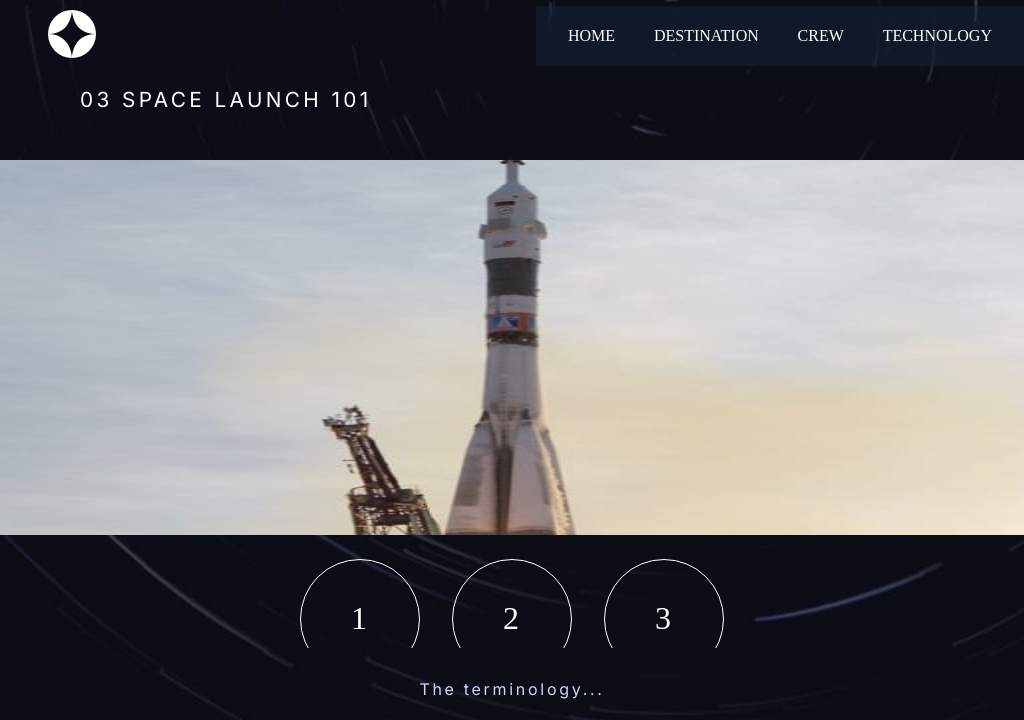
Repository: nilesjamex/space
Page: /Technology
An editor plug-in stored every save of this project. The page is shown before and after the next save, followed by the edit.
The browser window is 1024 px wide. The pictures show the whole page.
Some web fonts or font styles are not loaded; a fallback is used. The project was rebuilt for these pictures with package versions that can differ from the ones it lists, and the page was loaded fresh each time. The framework's server and built-in components were replaced by stand-ins that run in the browser. Also part of the build but not shown: next.config.js.

Above is the page before, as saved 2022-01-09 00:16:36.

### pages/_document.js
import Document, { Html, Head, Main, NextScript } from 'next/document'

class MyDocument extends Document {
  render() {
    return (
      <Html>
        <Head>
          <link rel="preconnect" href="https://fonts.googleapis.com" />
<link rel="preconnect" href="https://fonts.gstatic.com" crossOrigin />
<link href="https://fonts.googleapis.com/css2?family=Bellefair&display=swap" rel="stylesheet" />
        <link rel="preconnect" href="https://fonts.googleapis.com" />
<link rel="preconnect" href="https://fonts.gstatic.com" crossOrigin />
<link href="https://fonts.googleapis.com/css2?family=Barlow+Condensed:ital,wght@0,100;0,300;0,400;1,100&family=Inter&display=swap" rel="stylesheet" />
        </Head>
        <body>
          <Main />
          <NextScript />
        </body>
      </Html>
    )
  }
}

export default MyDocument

### pages/Technology.js
import React from 'react'
import Home from '../Components/Technology/Home/home';



const Technology = () => {
    return (
        <div>
            <Home />
        </div>
    )
}

export default Technology

### styles/globals.css
a {
  color: inherit;
  text-decoration: none;
}

*{
  margin: 0;
  padding: 0;
  box-sizing: border-box;
  max-width: 100%;
  max-height: 100vh;
  overflow-y: hidden;
}

li {
  list-style: none;
  cursor: pointer;
}

### Components/Technology/Home/home.js
import React from 'react';
import styles from './home.module.css'
import Nav from './../../../Layout/Nav';
import { Image } from 'next/image';
import Tech from './../Tech1/Tech';

export const Home = () => {
    return (
        <div className={styles.home}>
        <div>
         <Nav/>
        </div>
        <div>
        <div>
           <h3 className={styles.hometext}> 03 Space launch 101</h3>
        </div>
        </div>
        <div>
        <Tech />
        </div>
        </div>
    )
}
export default Home

### Components/Technology/Home/home.module.css
.home {
    background: url("../../../public/assets/technology/background-technology-desktop.jpg");
    background-size: cover;
    height: 100vh;
}
.hometext {
    font-family: 'Barlow Condensed', sans-serif;
    font-family: 'Inter', sans-serif;
    font-style: normal;
    font-weight: normal;
    font-size: 28px;
    line-height: 34px;letter-spacing: 4.725px;
    text-transform: uppercase;
    color: #FFFFFF;
    margin: 5rem 0 1rem 10rem;
}

@media screen and (max-width: 1024px) {
    .home {
        background: url("../../../public/assets/technology/background-technology-tablet.jpg");
        background-size: cover;
        height: 100vh;
    }
    .hometext {
        font-size: 1.3rem;
        line-height: 24px;
        /*  identical to box height */
        letter-spacing: 3.375px;
        margin: 1rem 0 1rem 5rem;
    }
}

### Layout/Nav.js
import React, {useState} from 'react';
import styles from './nav.module.css';
import Link from 'next/link';

const Nav = ({children}) => {
  const [active, setActive] = useState(false);

  const onClick = (e) => {
    setActive(!active);
  };
    return (
       <div className={styles.navBody}>
        <nav className={styles.nav}>
         <div>
            <svg width="48" height="48" viewBox="0 0 48 48" fill="none" xmlns="http://www.w3.org/2000/svg">
<circle cx="24" cy="24" r="24" fill="white"/>
<path fillRule="evenodd" clipRule="evenodd" d="M24 0C24 0 24 24 0 24C23.5776 24.1714 24 48 24 48C24 48 24 24 48 24C24 24 24 0 24 0Z" fill="#0B0D17" />
</svg>
  </div>

<ul className={`${styles.ul} ${active ? styles.activenav : ""}` } >
<li className={styles.li}><Link href="/"> HOME </Link></li>
<li className={styles.li}><Link href="/Destinations">DESTINATION </Link></li>
<li className={styles.li}><Link href="/Crew">CREW</Link></li>
<li className={styles.li}><Link href="/Technology">TECHNOLOGY</Link></li>
</ul>
<div className={`${styles.toggle} ${active ? styles.toggleanime : ""}`}
          onClick={onClick}
        >
          <div className={`${styles.toggleline} ${styles.line1}`}></div>
          <div className={`${styles.toggleline} ${styles.line2}`}></div>
          <div className={`${styles.toggleline} ${styles.line3}`}></div>
        </div>
        </nav>
      <div className={styles.mainBody}> {children} </div>
</div>
    )
}

export default Nav

### Components/Technology/Tech1/Tech.js
import React, {useState} from 'react'
import Image from 'next/image';
import styles from './Tech.module.css';
import Vehicle from '../../../public/assets//technology/image-launch-vehicle-landscape.jpg';
import Vehicle2 from '../../../public/assets//technology/image-launch-vehicle-portrait.jpg';
import Spaceport from '../../../public/assets//technology/image-spaceport-landscape.jpg';
import Capsule from '../../../public/assets//technology/image-space-capsule-landscape.jpg';
const Tech = () => {
    const [steps, setSteps] = useState(1);

    const next = (e) => {
        e.preventDefault();
        setSteps(steps + 1);
    }
    const prev = (e) => {
        e.preventDefault();
        setSteps(steps - 1);
    };

    switch (steps) {
        case 1:
            return (
        <div className={styles.techhome}>
           <div className={styles.TechNumbers}>
           <ul className={styles.numbers}>
           <li className={styles.number}>1</li>
           <li onClick={next} className={styles.number}>2</li>
           <li  onClick={(e) => {
      setSteps(steps+2)}} className={styles.number}>3</li>
           </ul>
           </div>
           <div className={styles.techtext}>
           <p className={styles.techtexthead}>The terminology...</p>
  <h2 className={styles.techtextsub}>Launch vehicle</h2>

  <p className={styles.techtextbody}>A launch vehicle or carrier rocket is a rocket-propelled vehicle used to carry a
  payload from Earths surface to space, usually to Earth orbit or beyond. Our
  WEB-X carrier rocket is the most powerful in operation. Standing 150 metres tall,
  it is quite an awe-inspiring sight on the launch pad!</p>
  </div>
  <div className={styles.imagediv}>
  <Image className={styles.image} src={Vehicle2} height="527" width="1024" alt="uu" />

  </div>
        </div>
    );

    case 2: return (
        <div className={styles.techhome}>
           <div>
           <ul className={styles.numbers}>
           <li onClick={prev} className={styles.number}>1</li>
           <li className={styles.number}>2</li>
           <li onClick={next} className={styles.number}>3</li>
           </ul>
           </div>
           <div className={styles.techtext}>
           <p className={styles.techtexthead}>The terminology...</p>
  <h2 className={styles.techtextsub}>Spaceport</h2>

  <p className={styles.techtextbody}> A spaceport or cosmodrome is a site for launching (or receiving) spacecraft,
  by analogy to the seaport for ships or airport for aircraft. Based in the
  famous Cape Canaveral, our spaceport is ideally situated to take advantage
  of the Earth’s rotation for launch.</p>
  </div>
 <div className={styles.imagediv}><Image src={Spaceport} height="527" width="515" alt="uu" /> </div>
        </div>
    );

    case 3:
    return (


     <div className={styles.techhome}>
           <div>
           <ul className={styles.numbers}>
           <li  onClick={(e) => {
      setSteps(steps-2)}} className={styles.number}>1</li>
           <li onClick={prev} className={styles.number}>2</li>
           <li className={styles.number}>3</li>
           </ul>
           </div>
           <div className={styles.techtext}>
           <p className={styles.techtexthead}>The terminology...</p>
  <h2 className={styles.techtextsub}>Space capsule</h2>

  <p className={styles.techtextbody}> A space capsule is an often-crewed spacecraft that uses a blunt-body reentry
  capsule to reenter the Earths atmosphere without wings. Our capsule is where
  you will spend your time during the flight. It includes a space gym, cinema,
  and plenty of other activities to keep you entertained.</p>
  </div>
  <div className={styles.imagediv}><Image src={Capsule} height="527" width="515" alt="uu" /> </div>
        </div>
         )
    }

}

export default Tech

### Layout/nav.module.css
.nav {
    display: flex;
    justify-content: space-between;
    align-items: center;
    padding-left: 3rem;
    width: 100%;
    height: 10vh;
    }

.ul {
    display: flex;
    width: 50%;
    justify-content: space-between;
    align-items: center;
    color: #fff;
    background-color: rgba(24, 36, 59, 0.5);
    height: 60px;
    padding: 0 2rem;

}

.navBody {
    height: 100%;
}
.toggle {
    display: none;
  }

  @media screen and (max-width: 768px) {
    .toggle {
        display: block;
        cursor: pointer;
        order: 2;
        z-index: 10;
        margin-right: 1rem;
      }
      .toggleline {
        width: 30px;
        height: 3px;
        background-color: #fff;
        margin: 5px;
      }
      .ul {
        order: 3;
        width: 100%;
        height: 100%;
        display: inline-block;
        position: fixed;
        z-index: 4;
        right: 0;
        left: 0;
        bottom: 0;
        top: 0;
        display: flex;
        justify-content: center;
        align-items: center;
        flex-direction: column;
        overflow-x: hidden;
        background: rgba(242, 245, 250);
        transform: translateY(100vh);
        transition: all ease-out 0.2s;
        background-color: rgba(24, 36, 59);
      }
      .li {
        margin: 0 0 2rem;
        opacity: 0;
        transform: translateY(10vh);
      }
      .activenav {
        transform: translateX(0);
      }
      .li {
        margin: 0 0 2rem;
        opacity: 1;
        transform: translateX(0);
        transition: all ease-out 0.8s;
      }
      .toggleanime .line1 {
        transform: rotate(-45deg) translate(-5px, 6px);
      }

      .toggleanime .line2 {
        opacity: 0;
      }

      .toggleanime .line3 {
        transform: rotate(45deg) translate(-5px, -6px);
      }

      .ul.activenav {
        transform: translateX(0);
      }
      .li {
        margin: 0 0 2rem;
        opacity: 1;
        transform: translateX(0);
        transition: all ease-out 0.8s;
      }
  }

### Components/Technology/Tech1/Tech.module.css
.techhome {
    display: flex;
    justify-content: space-around;
}
.numbers {
    display: flex;
    flex-direction: column;
    margin-top: 4rem;
}
.number {
    width: 120px;
    height: 120px;
    margin: 1rem 0;
    border-radius: 70%;
    background-color: transparent;
    border: 1px solid #FFFFFF;
    box-sizing: border-box;
    font-family: 'Bellefair', serif;
    font-style: normal;
    font-weight: normal;
    font-size: 32px;
    line-height: 37px;
    /* identical to box height */
    text-align: center;
    align-items: center;
    letter-spacing: 2px;
    color: #FFFFFF;
    padding: 2.5rem;
}
.techtext {
    width: 470px;
    height: 303px;
    align-self: center;
    margin-top: 4rem;
}
.techtexthead {
    font-family: 'Barlow Condensed', sans-serif;
    font-family: 'Inter', sans-serif;
    font-style: normal;
    font-weight: normal;
    font-size: 16px;
    line-height: 19px;
    letter-spacing: 2.7px;
    color: #D0D6F9;
}
.techtextsub {
    font-family: 'Bellefair', serif;
    font-style: normal;
    font-weight: normal;
    font-size: 56px;
    line-height: 64px;
    color: #FFFFFF;
    margin-top: 2rem;
}
.techtextbody {
    font-family: 'Barlow Condensed', sans-serif;
    font-family: 'Inter', sans-serif;
    font-style: normal;
    font-weight: normal;
    font-size: 18px;
    line-height: 32px;
    /* or 178% */
    color: #D0D6F9;
    margin: 2rem 0;
}
.imagediv {
    margin-right: -8rem;
}

@media screen and (max-width: 1024px) {
    .techhome {
        display: flex;
        flex-direction: column;
    }
    .numbers {
        display: flex;
        flex-direction: row;
        margin-top: 0.5rem;
        justify-content: center;
    }
    .number {
        margin: 1rem;
    }
    .TechNumbers {
        order: 2;
    }
    .techtext {
        width: 458px;
        height: 237px;
        align-self: center;
        text-align: center;
        margin-top: 2rem;
        order: 3;
    }
    .techtexthead {
        font-size: 1rem;
        line-height: 19px;
    }
    .techtextsub {
        font-size: 2.5rem;
        line-height: 46px;
    }
    .techtextbody {
        font-size: 1rem;
        line-height: 28px;
    }
    .image {
        width: 100vw;
        height: 310px;
    }
    .imagediv {
        margin-top: 2rem;
        order: 1;
    }
}

Loaded but not shown: pages/_app.js (common file)

After the next save:
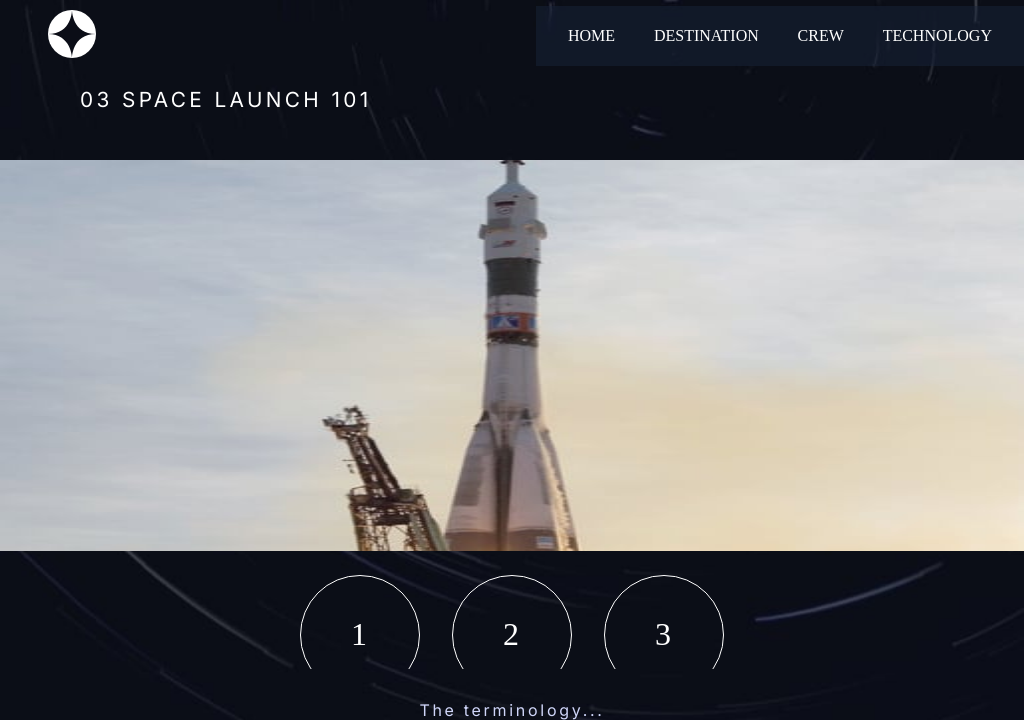
Saved 23 s later.
--- a/Components/Technology/Tech1/Tech.module.css
+++ b/Components/Technology/Tech1/Tech.module.css
@@ -86,7 +86,7 @@
     }
     .techtext {
         width: 458px;
-        height: 237px;
+        height: 200px;
         align-self: center;
         text-align: center;
         margin-top: 2rem;
